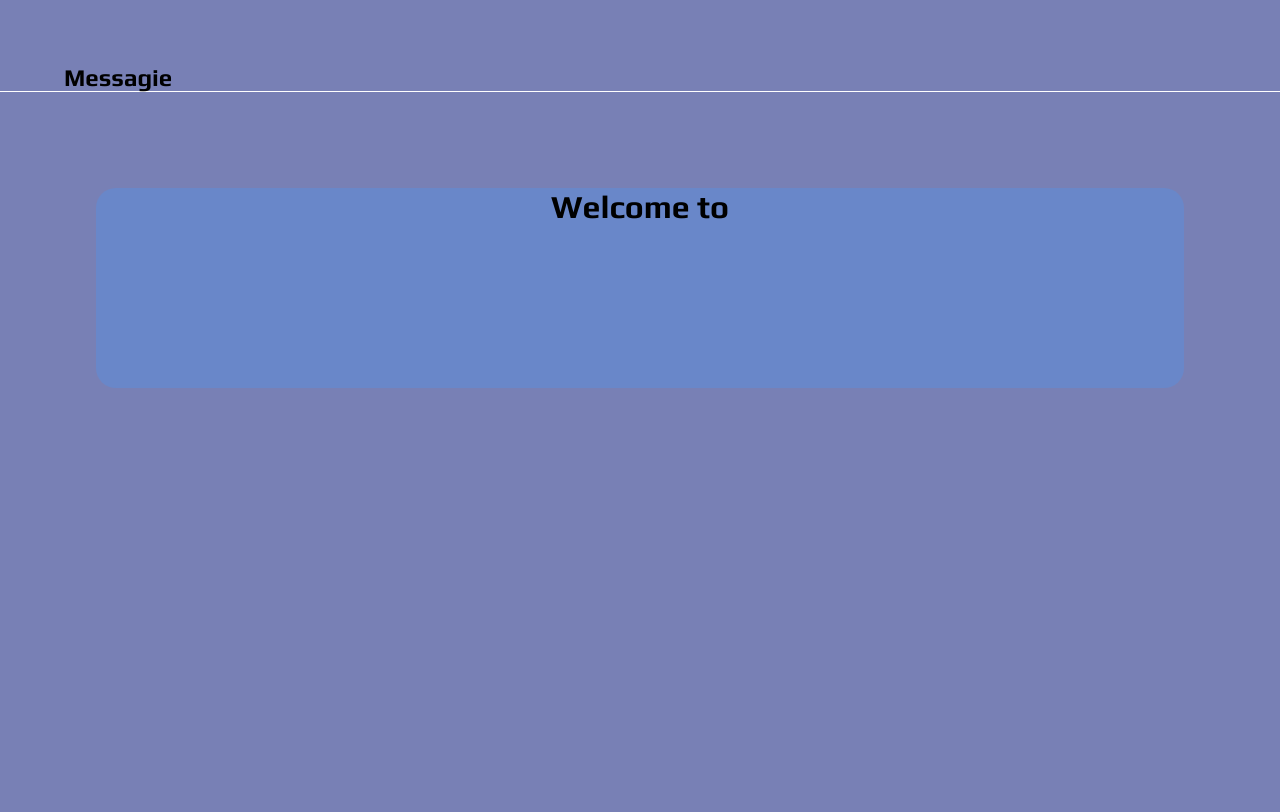
Repository: shaelorch/typeytalkey
Page: /
An editor plug-in stored every save of this project. The page is shown before and after the next save, followed by the edit.
The browser window is 1280 px wide. The pictures show the whole page.
The project was rebuilt for these pictures with package versions that can differ from the ones it lists, and the page was loaded fresh each time. The framework's server and built-in components were replaced by stand-ins that run in the browser. Also part of the build but not shown: next.config.js.

Above is the page before, as saved 2023-02-24 14:35:34.

After the next save:
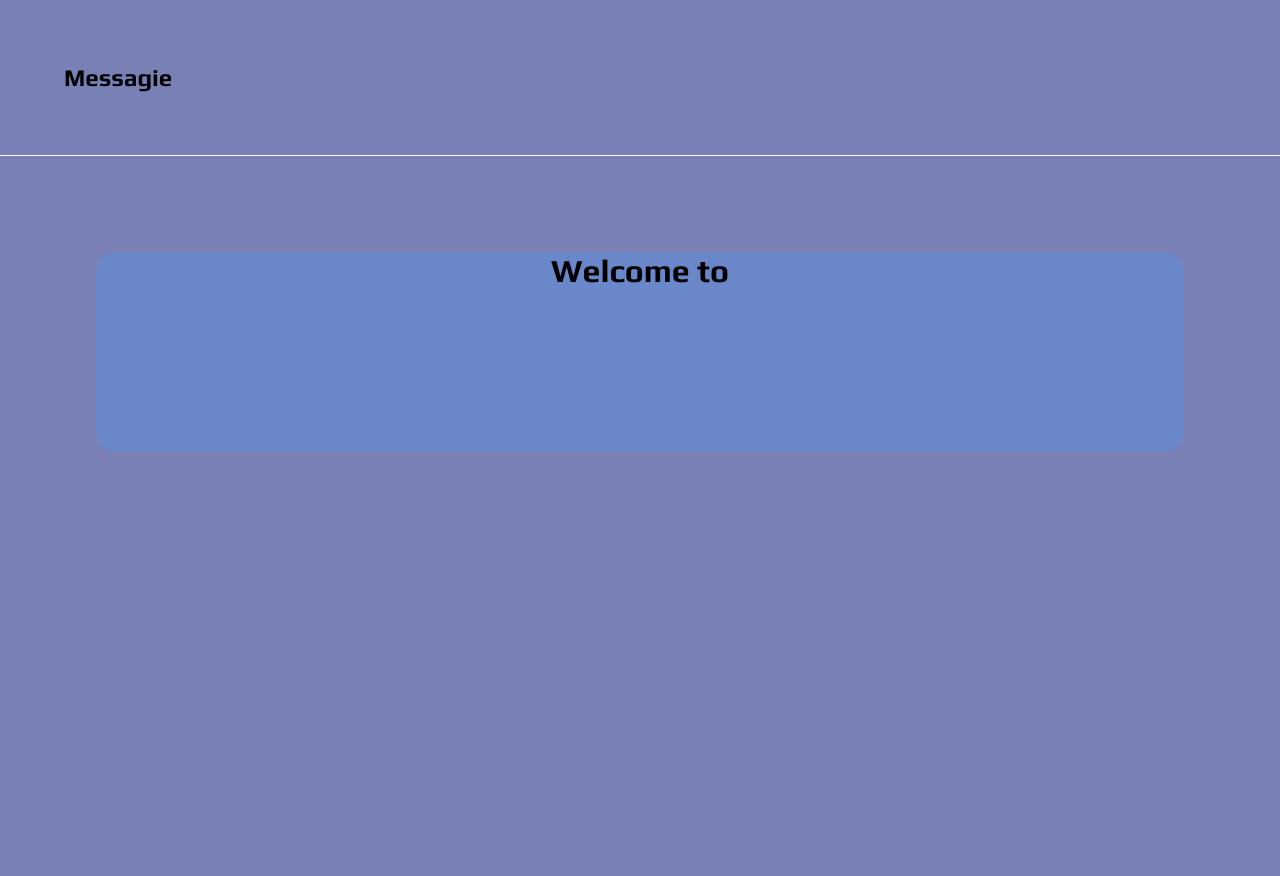
Saved 10 s later.
--- a/src/styles/Home.module.css
+++ b/src/styles/Home.module.css
@@ -15,6 +15,7 @@
   font-family: play, sans-serif;
   padding-top:5%;
   padding-left:5%;
+  padding-bottom: 5%;
   border-bottom: 0.5px solid #ffffff;
 }
 .serverCont {
